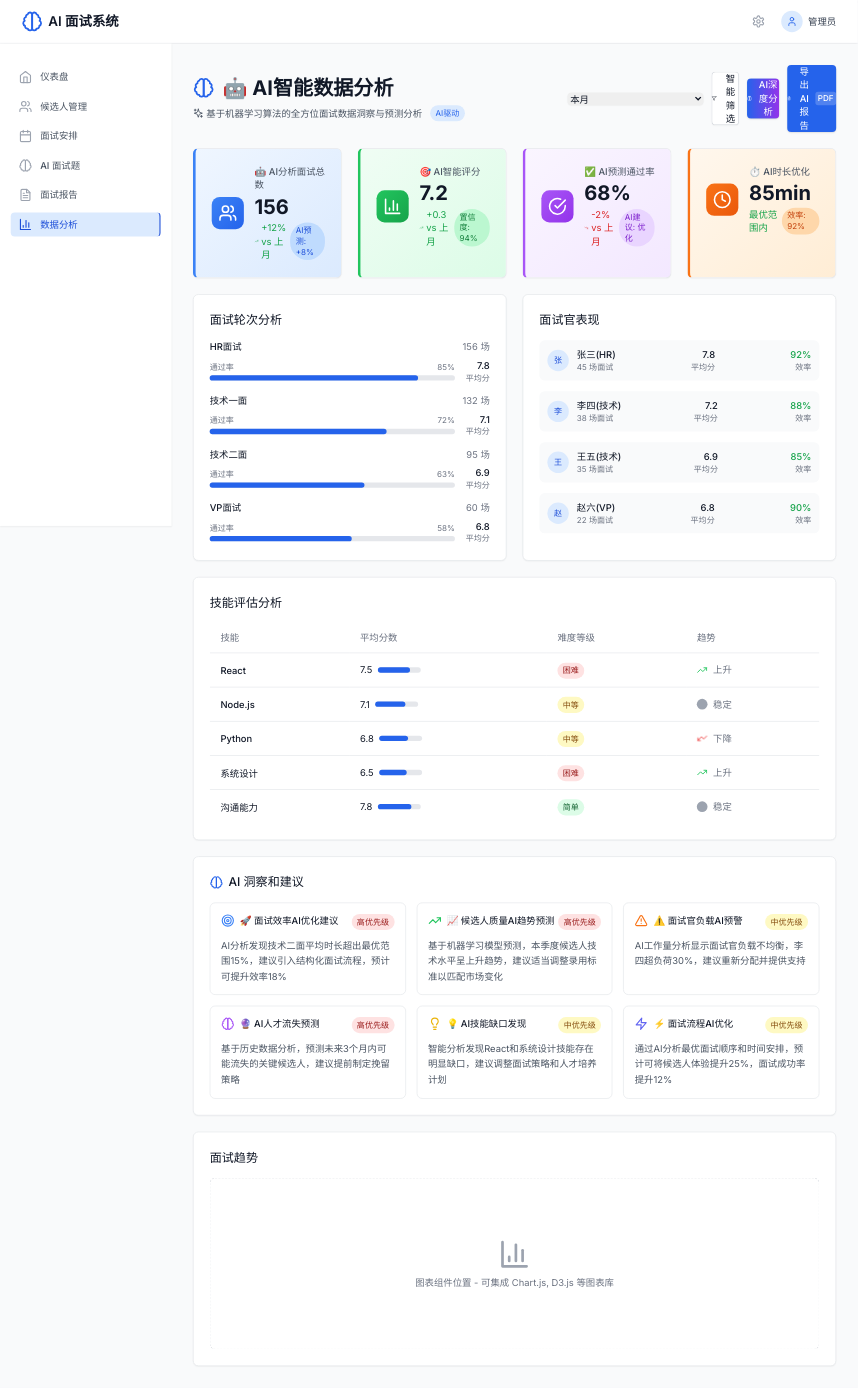
Repository: OisCircle/ai-day
Page: /analysis
An editor plug-in stored every save of this project. The page is shown before and after the next save, followed by the edit.
The browser window is 1280 px wide. The pictures show the whole page, at 67% of full size.
The project was rebuilt for these pictures with package versions that can differ from the ones it lists, and the page was loaded fresh each time. Also part of the build but not shown: vite.config.ts, src/pages/AIInterviewQuestions.tsx, src/pages/CandidateManagement.tsx, src/components/AIAssistant.tsx, src/components/DataVisualization.tsx, src/pages/Dashboard.tsx, src/pages/InterviewConducting.tsx, src/pages/InterviewReports.tsx and 1 more.

Above is the page before, as saved 2025-08-20 16:12:57.

After the next save:
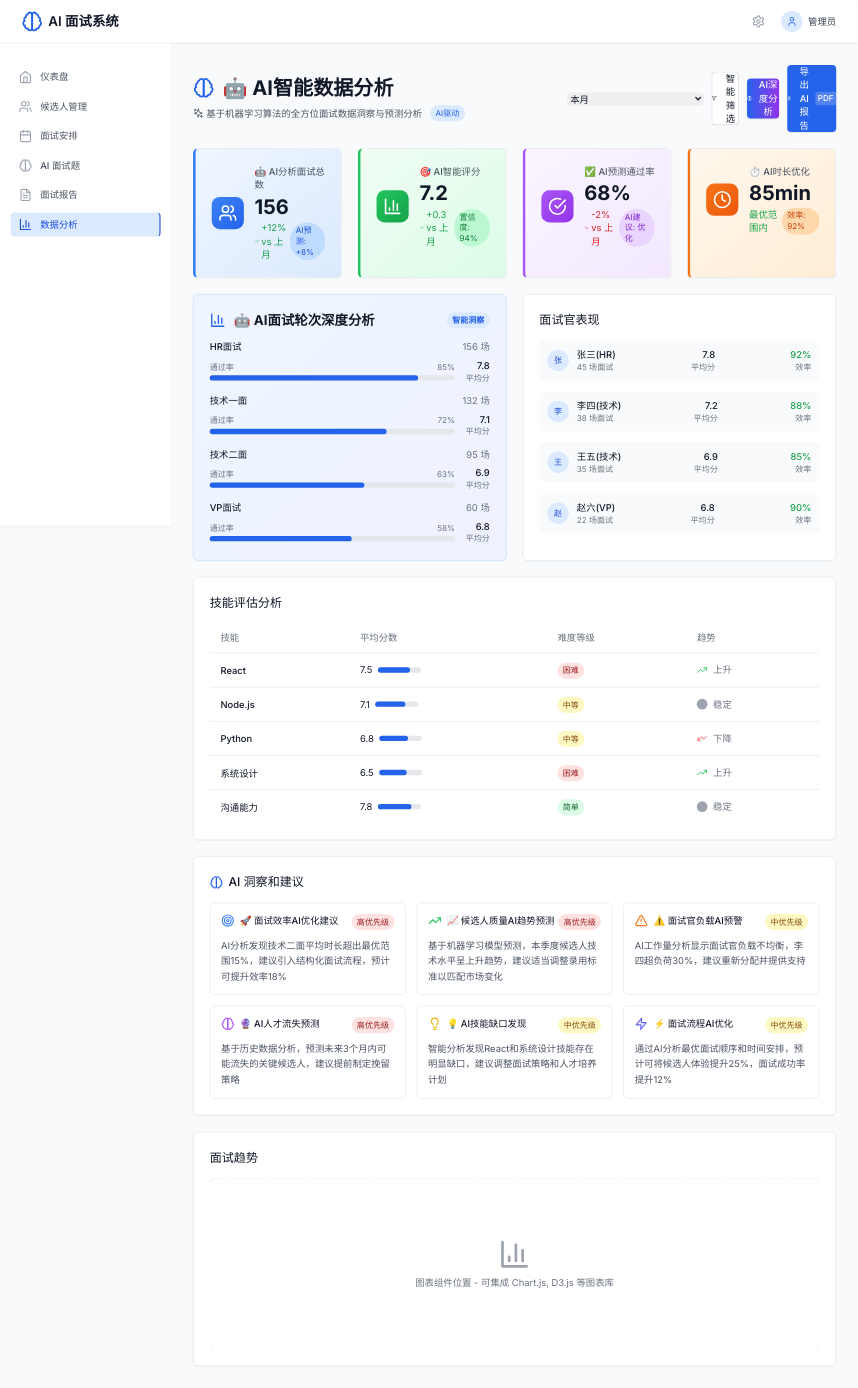
Saved 10 s later.
--- a/src/pages/InterviewAnalysis.tsx
+++ b/src/pages/InterviewAnalysis.tsx
@@ -418,10 +418,14 @@ const InterviewAnalysis: React.FC = () => {
       </div>
 
       <div className="grid grid-cols-1 lg:grid-cols-2 gap-6">
-        {/* 面试类型分析 */}
-        <div className="card p-6">
-          <h3 className="text-lg font-medium text-gray-900 mb-4">
-            面试轮次分析
+        {/* AI增强面试类型分析 */}
+        <div className="card p-6 bg-gradient-to-br from-blue-50 to-indigo-50 border border-blue-200">
+          <h3 className="text-xl font-bold text-gray-900 mb-4 flex items-center">
+            <BarChart3 className="h-6 w-6 text-blue-600 mr-3" />
+            🤖 AI面试轮次深度分析
+            <span className="ml-auto text-xs bg-blue-100 text-blue-600 px-2 py-1 rounded-full">
+              智能洞察
+            </span>
           </h3>
           <div className="space-y-4">
             {analysisData.interviewTypes.map((type, index) => (
